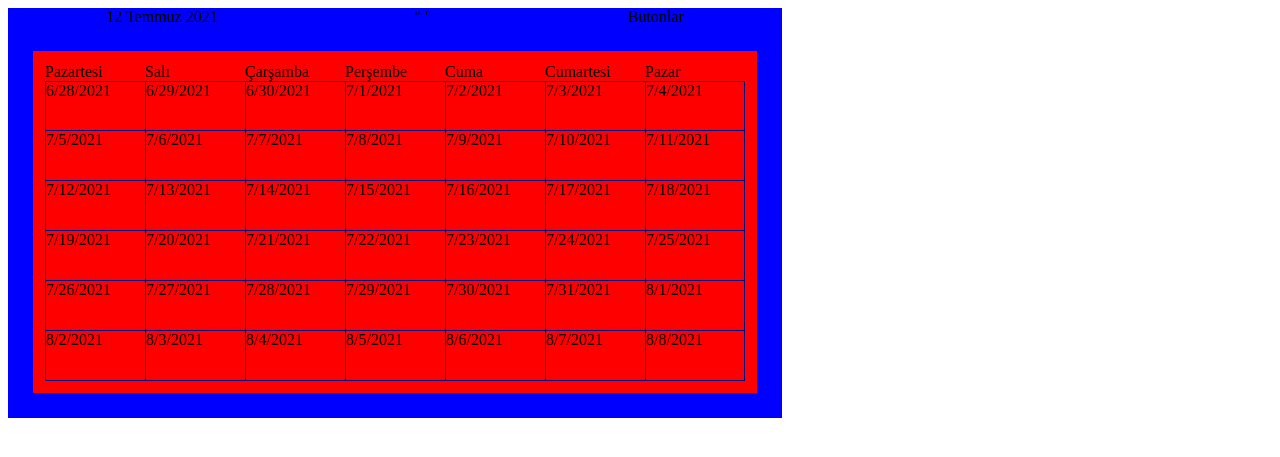
Repository: ahmetbugraozcan/javascript-calendar
Page: tablo.html
An editor plug-in stored every save of this project. The page is shown before and after the next save, followed by the edit.
The browser window is 1280 px wide. The pictures show the whole page.

Above is the page before, as saved 2021-07-13 09:25:07.

### tablo.html
<!DOCTYPE html>
<html lang="en">

<head>
    <meta charset="UTF-8">
    <meta http-equiv="X-UA-Compatible" content="IE=edge">
    <meta name="viewport" content="width=device-width, initial-scale=1.0">
    <title>Document</title>
</head>
<!--pazartesi salı çarş... için arrayler oluştur. arraylere göre günleri yerleştir.-->
<style>
    * {
        box-sizing: border-box;
    }

    .cell-last {
        border-right: 1px solid navy;

    }

    .cell-top {
        border-top: 1px solid navy;
    }

    /* her hücre*/
    .cell,
    .cell-top,
    .cell-last {
        text-overflow: clip;
        white-space: nowrap;
        overflow: hidden;
        border-bottom: 1px solid navy;
        border-left: 1px solid navy;
        width: 100px;
        height: 50px;
    }


    /*tablonun kendisi*/
    .calendar {
        margin: 25px;
        padding: 12px;
        display: flex;
        width: fit-content;
        background-color: red;
    }


    .container {
        background-color: blue;
        display: flex;
        width: fit-content;
        flex-direction: column;
    }

    .test {
        display: flex;
        justify-content: space-around;
    }
</style>

<body>

    <div class="container">

        <div class="test">
            <span id="currentDate">12 Temmuz 2021</span>
            <span id="firstDate">" "</span>
            <span>Butonlar</span>
        </div>
        <div class="calendar">
            <div>
                <div>Pazartesi</div>
                <div class="cell-top" id="pazartesi0">1</div>
                <div class="cell" id="pazartesi1">1</div>
                <div class="cell" id="pazartesi2">1</div>
                <div class="cell" id="pazartesi3">1</div>
                <div class="cell" id="pazartesi4">1</div>
                <div class="cell" id="pazartesi5">1</div>
            </div>
            <div>
                <div>Salı</div>
                <div class="cell-top" id="sali0">1</div>
                <div class="cell" id="sali1">1</div>
                <div class="cell" id="sali2">1</div>
                <div class="cell" id="sali3">1</div>
                <div class="cell" id="sali4">1</div>
                <div class="cell" id="sali5">1</div>
            </div>
            <div>
                <div>Çarşamba</div>
                <div class="cell-top" id="carsamba0">1</div>
                <div class="cell" id="carsamba1">1</div>
                <div id="carsamba2" class="cell">1</div>
                <div id="carsamba3" class="cell">1</div>
                <div id="carsamba4" class="cell">1</div>
                <div id="carsamba5" class="cell">1</div>
            </div>
            <div>
                <div>Perşembe</div>
                <div class="cell-top" id="persembe0">1</div>
                <div class="cell" id="persembe1">1</div>
                <div id="persembe2" class="cell">1</div>
                <div id="persembe3" class="cell">1</div>
                <div id="persembe4" class="cell">1</div>
                <div id="persembe5" class="cell">1</div>
            </div>
            <div>
                <div>Cuma</div>
                <div class="cell-top" id="cuma0">1</div>
                <div class="cell" id="cuma1">1</div>
                <div id="cuma2" class="cell">1</div>
                <div id="cuma3" class="cell">1</div>
                <div id="cuma4" class="cell">1</div>
                <div id="cuma5" class="cell">1</div>
            </div>
            <div>
                <div>Cumartesi</div>
                <div class="cell-top" id="cumartesi0">1</div>
                <div class="cell" id="cumartesi1">1</div>
                <div class="cell" id="cumartesi2">1</div>
                <div class="cell" id="cumartesi3">1</div>
                <div class="cell" id="cumartesi4">1</div>
                <div class="cell" id="cumartesi5">1</div>

            </div>
            <div>
                <div>Pazar</div>
                <div id="pazar0" class="cell-top" style="border-right: 1px solid navy;">1</div>
                <div id="pazar1" class="cell-last">1</div>
                <div id="pazar2" class="cell-last">1</div>
                <div id="pazar3" class="cell-last">1</div>
                <div id="pazar4" class="cell-last">1</div>
                <div id="pazar5" class="cell-last">1</div>
            </div>
        </div>
    </div>
    <script>
        function daysInMonth(month, year) {
            return new Date(year, month, 0).getDate();
        }
        const pazartesi = [];
        const sali = [];
        const carsamba = [];
        const persembe = [];
        const cuma = [];
        const cumartesi = [];
        const pazar = [];
        const gunler = ["pazar", "pazartesi", "sali", "carsamba", "persembe", "cuma", "cumartesi"];




        var baslanacakDate = new Date(2021,6,1);
        var firstDate = baslanacakDate.getDay();
        if(firstDate == 0){
            firstDate = 7;
        }
        baslanacakDate.setDate((baslanacakDate.getDate())- (firstDate) );
        var today = new Date();
        var todayWithoutTime = new Date(today.getFullYear(), today.getMonth(), today.getDate());



        for (let i = 1; i <= 42; i++) {
            baslanacakDate.setDate((baslanacakDate.getDate())+(1));
             // bir tabloda 42 gün var o ayın kaç çektiğini bul bu aydan geriye kaç sayacağız ona bul bu aydan ileri kaç sayacağız onu bul ve ona göre bir date oluştur.
            //ardından bu for döngüsünü kullan
            console.log("a: " + baslanacakDate);
            console.log("b: " + todayWithoutTime );
            if(baslanacakDate === todayWithoutTime){
                console.log("bugün eşitlendi : " + i);
            }

            switch (baslanacakDate.getDay()) {
                case 0:
                    pazar.push(baslanacakDate.toLocaleDateString());

                    break;
                case 1:
                    pazartesi.push(baslanacakDate.toLocaleDateString()); break;
                case 2:
                    sali.push(baslanacakDate.toLocaleDateString()); break;
                case 3:
                    carsamba.push(baslanacakDate.toLocaleDateString()); break;

                case 4:
                    persembe.push(baslanacakDate.toLocaleDateString()); break;

                case 5:
                    cuma.push(baslanacakDate.toLocaleDateString()); break;

                case 6:
                    cumartesi.push(baslanacakDate.toLocaleDateString()); break;
            }
        }
        for (let i = 0; i < 6; i++) {
            document.getElementById(`pazar${i}`).innerHTML = pazar[i];
            document.getElementById(`pazartesi${i}`).innerHTML = pazartesi[i];
            document.getElementById(`sali${i}`).innerHTML = sali[i];
            document.getElementById(`carsamba${i}`).innerHTML = carsamba[i];
            document.getElementById(`persembe${i}`).innerHTML = persembe[i];
            document.getElementById(`cuma${i}`).innerHTML = cuma[i];
            document.getElementById(`cumartesi${i}`).innerHTML = cumartesi[i];
        }

        // var firstDayOfMonth = date.getDay();
        // var firstDay = gunler[firstDayOfMonth];




        //dateler seçimden gelecek şimdilik elle veriyorum
        // var date = new Date(2021, 5, 1);
        // //o ayın ilk gün değerini tutan değişken.
        // var firstDayOfMonth = date.getDay();
        // let sayac = 0;
        // for (let i = 0; i < 6; i++){
        //     if(i==0){
        //        < var result = gunler.indexOf("pazartesi") - (firstDayOfMonth);>
        //     if(result < 0){
        //         pazartesi[i] = daysInMonth(2021,6) + result;
        //         document.getElementById(`pazartesi${i}`).innerHTML = pazartesi[i];
        //     }else{
        //             pazartesi[i] = result;

        //         document.getElementById(`pazartesi${i}`).innerHTML = pazartesi[i];
        //     }
        //     }else{
        //         var result = pazartesi[i-1] + 7;
        //         if(result > daysInMonth(6,2021)){

        //             if(sayac>=1){
        //                 pazartesi[i] =  result- daysInMonth(6+sayac,2021) ;
        //             }else{
        //                 pazartesi[i] =  result- daysInMonth(6,2021) ;
        //             }
        //             sayac++;
        //             document.getElementById(`pazartesi${i}`).innerHTML = pazartesi[i];
        //         }else{
        //             pazartesi[i] = pazartesi[i-1] + 7;
        //             document.getElementById(`pazartesi${i}`).innerHTML = pazartesi[i];
        //         }
        //     }
        // }



        // setDatesInCalendar("pazartesi");
        // setDatesInCalendar("sali");
        // setDatesInCalendar("carsamba");
        // setDatesInCalendar("persembe");
        // setDatesInCalendar("cuma");
        // setDatesInCalendar("cumartesi");
        // setDatesInCalendar("pazar");

        // function setDatesInCalendar(day) {
        //     let array = [];
        //     switch (day) {
        //         case "pazartesi":
        //             array = pazartesi;
        //             break;
        //         case "sali":
        //             array = sali;
        //             break;
        //         case "carsamba":
        //             array = carsamba;
        //             break;
        //         case "persembe":
        //             array = persembe;
        //             break;
        //         case "cuma":
        //             array = cuma;
        //             break;
        //         case "cumartesi":
        //             array = cumartesi;
        //             break;
        //         case "pazar":
        //             array = pazar;
        //             break;
        //         default:
        //             break;
        //     }
        //     var date = new Date(2021, 6, 1);
        //     document.getElementById("firstDate").innerHTML = date.toLocaleDateString();
        //     //o ayın ilk gün değerini tutan değişken.
        //     var firstDayOfMonth = date.getDay();
        //     let sayac = 0;
        //     for (let i = 0; i < 6; i++) {
        //         if (i == 0) {
        //             var result = gunler.indexOf(`${day}`) - (firstDayOfMonth);
        //             if (result < 0) {
        //                 array[i] = daysInMonth(7,2021) + result;
        //                 document.getElementById(`${day}${i}`).innerHTML = array[i];
        //             } else {
        //                 array[i] = result;
        //                 document.getElementById(`${day}${i}`).innerHTML = array[i];
        //             }
        //         } else {
        //             var result = array[i - 1] + 7;
        //             if (result > daysInMonth(7, 2021)) {
        //                 if (sayac >= 1) {
        //                     //bir sonraki aya göre hesaplar
        //                     array[i] = result - daysInMonth(7+ sayac, 2021);
        //                 } else {
        //                     array[i] = result - daysInMonth(7, 2021);
        //                 }
        //                 sayac++;
        //                 document.getElementById(`${day}${i}`).innerHTML = array[i];
        //             } else {
        //                 array[i] = array[i - 1] + 7;
        //                 document.getElementById(`${day}${i}`).innerHTML = array[i];
        //             }
        //         }
        //     }

        // }
    </script>

    <!-- <script>
        var weekday = new Array(7);

        const pazartesi = [];
        const sali = [];
        const carsamba = [];
        const persembe = [];
        const cuma = [];
        const cumartesi = [];
        const pazar = [];
        //-------------------------
        weekday[0] = "Pazar";
        weekday[1] = "Pazartesi";
        weekday[2] = "Salı";
        weekday[3] = "Çarşamba";
        weekday[4] = "Perşembe";
        weekday[5] = "Cuma";
        weekday[6] = "Cumartesi";
        //-------------------------

        var currentDate = new Date();
        document.getElementById("currentDate").innerHTML = currentDate.toLocaleDateString();
        var firstDayOfMonth = new Date(2021, 6, 1).getDay();
        console.log(firstDayOfMonth);
        switch(weekday[firstDayOfMonth]){
            case weekday[0]:
                pazar.push(1);
                document.getElementById("pazar1").innerHTML =1;
                pazartesi.push(2);
                document.getElementById("pazartesi1").innerHTML =2;
                sali.push(3);
                document.getElementById("sali1").innerHTML =3;
                carsamba.push(4);
                document.getElementById("carsamba1").innerHTML =4;
                persembe.push(5)
                document.getElementById("persembe1").innerHTML =5;
                cuma.push(6);
                document.getElementById("cuma1").innerHTML =6;
                cumartesi.push(7);
                document.getElementById("cumartesi1").innerHTML =7;

                console.log("Pazar");
            case weekday[1]:
                console.log("Pazartesi");
            case weekday[2]:
                console.log("Salı");
            case weekday[3]:
                console.log("Çarşamba");
            case weekday[4]:
                console.log("Perşembe");
                pazar.push(1);
                document.getElementById("persembe1").innerHTML =1;
                pazartesi.push(2);
                document.getElementById("cuma1").innerHTML =2;
                sali.push(3)
                document.getElementById("cumartesi1").innerHTML =3;
                carsamba.push(4);
                document.getElementById("pazar1").innerHTML =4;
                persembe.push(5)
                document.getElementById("pazartesi2").innerHTML =5;
                cuma.push(6);
                document.getElementById("sali2").innerHTML =6;
                cumartesi.push(7);
                document.getElementById("carsamba2").innerHTML =7;

            case weekday[5]:
                console.log("Cuma");
            case weekday[6]:
                console.log("Cumartesi");
            default:
                console.log("Default + " +  weekday[firstDayOfMonth]);


        }


        // document.getElementById("firstDate").innerHTML = weekday[firstDayOfMonth.getDay()];
    </script> -->
</body>

</html>

After the next save:
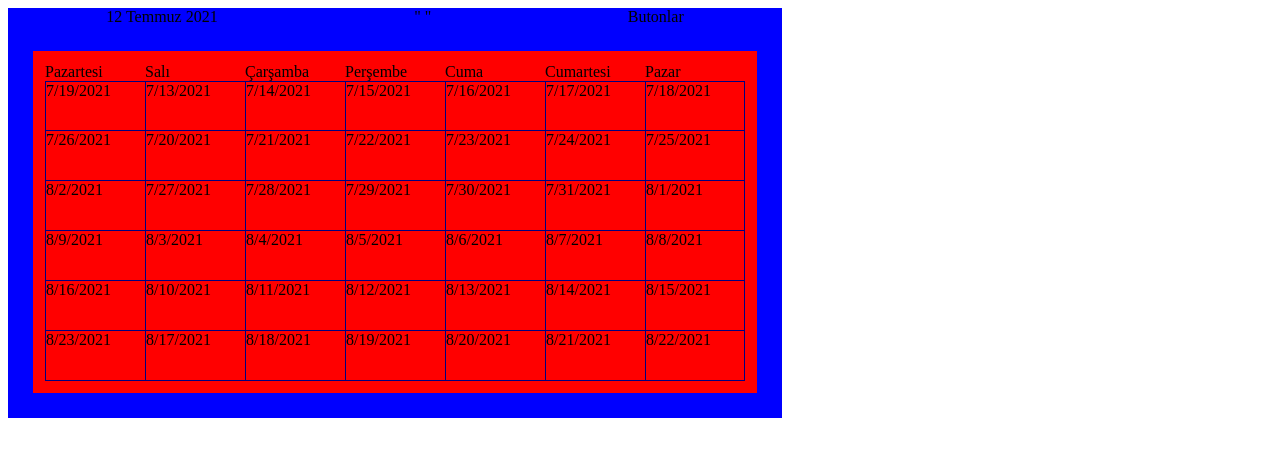
Saved 6 s later.
--- a/tablo.html
+++ b/tablo.html
@@ -168,7 +168,7 @@
             //ardından bu for döngüsünü kullan
             console.log("a: " + baslanacakDate);
             console.log("b: " + todayWithoutTime );
-            if(baslanacakDate === todayWithoutTime){
+            if(baslanacakDate = todayWithoutTime){
                 console.log("bugün eşitlendi : " + i);
             }
 

After the save that followed:
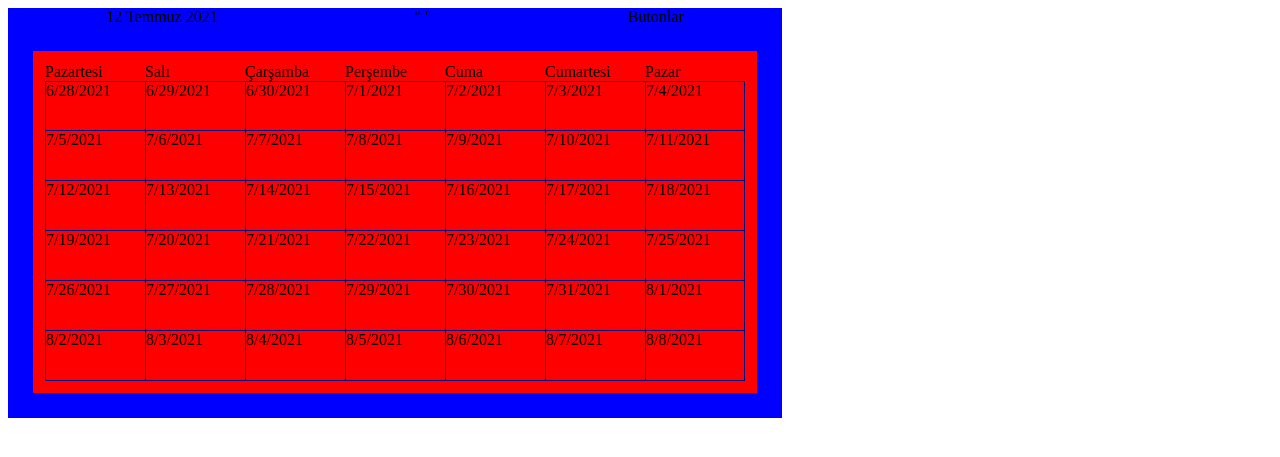
Saved 6 s later.
--- a/tablo.html
+++ b/tablo.html
@@ -168,7 +168,7 @@
             //ardından bu for döngüsünü kullan
             console.log("a: " + baslanacakDate);
             console.log("b: " + todayWithoutTime );
-            if(baslanacakDate = todayWithoutTime){
+            if(baslanacakDate === todayWithoutTime){
                 console.log("bugün eşitlendi : " + i);
             }
 
